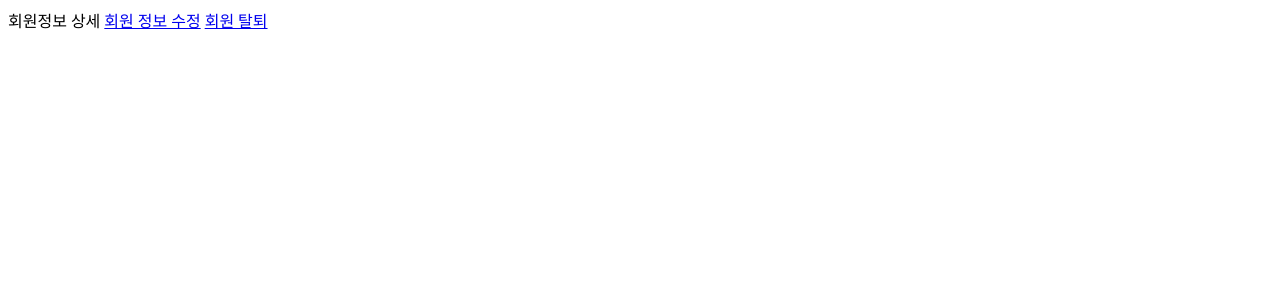
Repository: ih0615/project
Page: http://localhost/kkyochon/views/member/detailMember.jsp
An editor plug-in stored every save of this project. The page is shown before and after the next save, followed by the edit.
The browser window is 1280 px wide. The pictures show the whole page.
The page is served by Tomcat 9. Nobody is signed in. The application's start-up code is not run. Other server files are loaded and not shown.

Above is the page before, as saved 2020-12-04 05:35:52.

### kkyochon/WebContent/views/member/detailMember.jsp
<%@ page language="java" contentType="text/html; charset=UTF-8"
    pageEncoding="UTF-8"%>
<!DOCTYPE html>
<html>
<head>
<meta charset="UTF-8">
<title>Insert title here</title>
</head>
<body>
회원정보 상세
<a href="/member/updateMemberForm">회원 정보 수정</a>
<a href="/member/leaveMemberForm">회원 탈퇴</a>
</body>
</html>

After the next save:
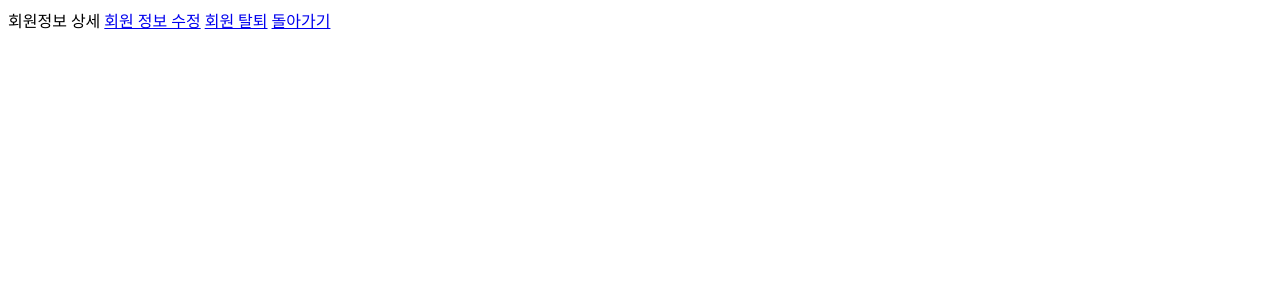
Saved 32 s later.
--- a/kkyochon/WebContent/views/member/detailMember.jsp
+++ b/kkyochon/WebContent/views/member/detailMember.jsp
@@ -10,5 +10,6 @@
 회원정보 상세
 <a href="/member/updateMemberForm">회원 정보 수정</a>
 <a href="/member/leaveMemberForm">회원 탈퇴</a>
+<a href="/">돌아가기</a>
 </body>
 </html>
